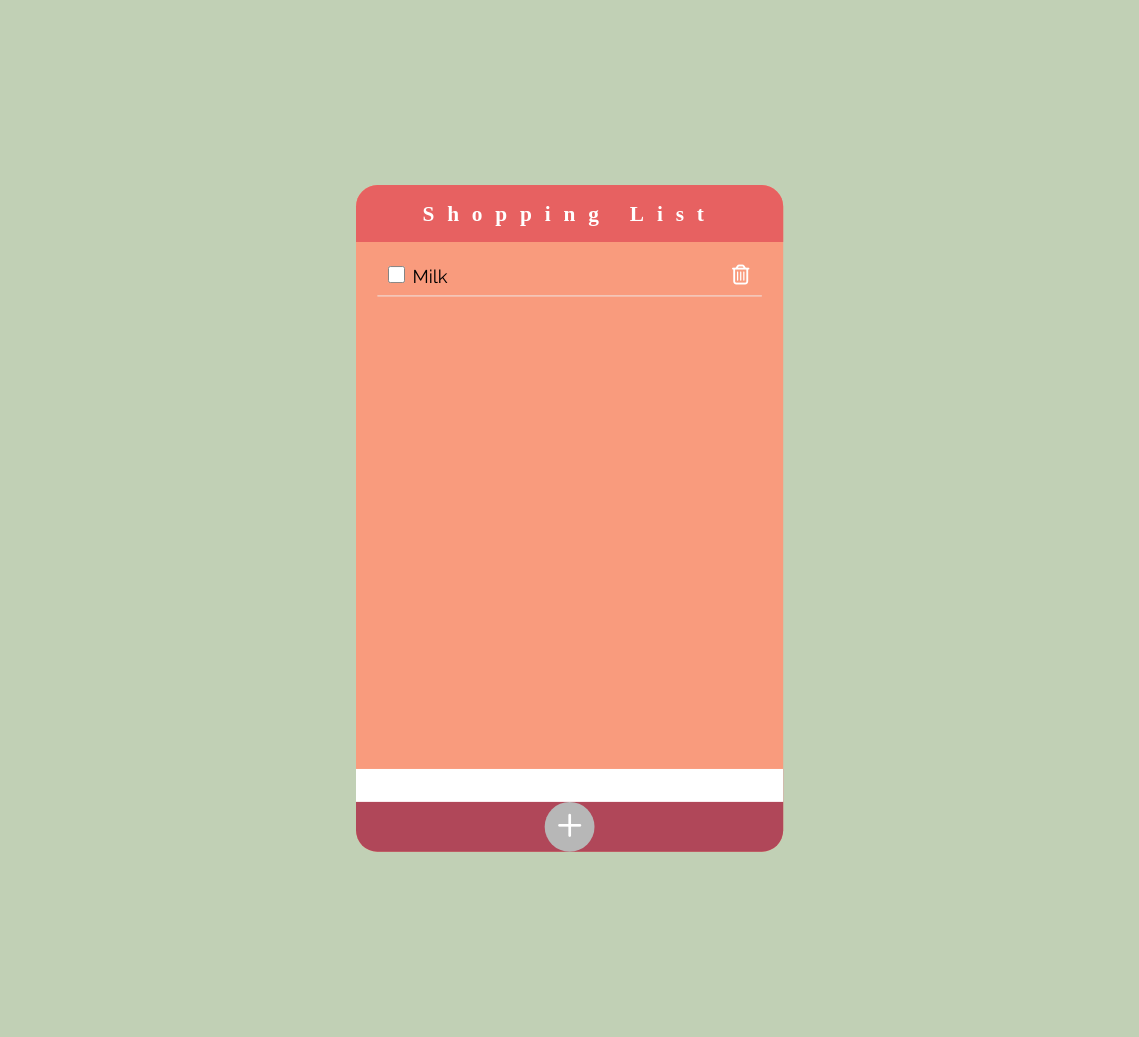
Repository: sephinejo/shopping-list-app
Page: index.html
An editor plug-in stored every save of this project. The page is shown before and after the next save, followed by the edit.
The browser window is 1280 px wide. The pictures show the whole page, at 89% of full size.
Some web fonts or font styles are not loaded; a fallback is used. Some web libraries are served in a nearby version.

Above is the page before, as saved 2023-05-12 16:19:12.

### index.html
<!DOCTYPE html>
<html lang="en">
  <head>
    <meta charset="UTF-8" />
    <meta http-equiv="X-UA-Compatible" content="IE=edge" />
    <meta name="viewport" content="width=device-width, initial-scale=1.0" />
    <title>Shopping List 🛍️🛒</title>
    <link rel="preconnect" href="https://fonts.googleapis.com" />
    <link rel="preconnect" href="https://fonts.gstatic.com" crossorigin />
    <link
      href="https://fonts.googleapis.com/css2?family=Alice&family=Raleway:wght@400;600;700;800&family=Ubuntu&display=swap"
      rel="stylesheet"
    />
    <script
      src="https://kit.fontawesome.com/9ac80604cb.js"
      crossorigin="anonymous"
    ></script>
    <script src="main.js" defer></script>
    <link rel="stylesheet" href="style.css" />
  </head>
  <body>
    <section class="container">
      <header class="header">Shopping List</header>
      <ul class="items">
        <li class="item__row">
          <div class="item">
            <input
              class="item__checkbox"
              name="item__checkbox"
              type="checkbox"
            />
            <label for="item__checkbox">Milk</label>
          </div>
          <button class="item__delete">
            <i class="fa-regular fa-trash-can"></i>
          </button>
        </li>
        <div class="item__divider"></div>
      </ul>
      <footer>
        <input class="footer__input" type="text" />
        <button class="footer__add">
          <i class="fa-regular fa-plus"></i>
        </button>
      </footer>
    </section>
  </body>
</html>

### style.css
* {
  box-sizing: border-box;
}

body {
  text-align: center;
  background-color: #c1d0b5;
}

.container {
  margin: 13rem auto;
  width: 30rem;
  background-color: #f99b7d;
  border-radius: 1.5rem;
}

button {
  outline: none;
  background: transparent;
  border: none;
  cursor: pointer;
}

/* Header */
.header {
  height: 4rem;
  padding: 1.2rem;
  font-family: 'Alice';
  font-size: 1.5rem;
  font-weight: 700;
  color: white;
  letter-spacing: 0.9rem;
  background: #e76161;
  border-radius: 1.5rem 1.5rem 0 0;
}

/* Items */
.items {
  height: 35rem;
  overflow-y: auto;
  padding: 0;
}

.item__row {
  display: flex;
  justify-content: space-between;
  padding: 0.5rem 2rem;
  font-size: 1.3rem;
  font-family: 'Raleway';
  font-weight: 500;
}

.item__checkbox {
  width: 1.2rem;
  height: 1.2rem;
}

.item__divider {
  width: 90%;
  height: 1px;
  background-color: #eeeeee;
  margin: auto;
}

.item__delete {
  transition: all 300ms ease-in;
  font-size: 1.4rem;
  color: #fff;
}

.item__delete:hover {
  color: red;
  transform: scale(1.1);
}

/* Footer */
footer {
  background: #b04759;
  display: flex;
  flex-direction: column;
  border-radius: 0 0 1.5rem 1.5rem;
}

.footer__input {
  height: 2.3rem;
  border: none;
  outline: none;
  font-family: 'Ubuntu';
  font-size: 1.3rem;
  padding: 0 0.5rem;
}

.footer__add {
  height: 3.5rem;
  width: 3.5rem;
  background-color: #b7b7b7;
  border-radius: 10rem;
  font-size: 2rem;
  margin: auto;
  color: #fff;
}

Loaded but not shown: main.js (no copy from this time; the picture is the same without it)

After the next save:
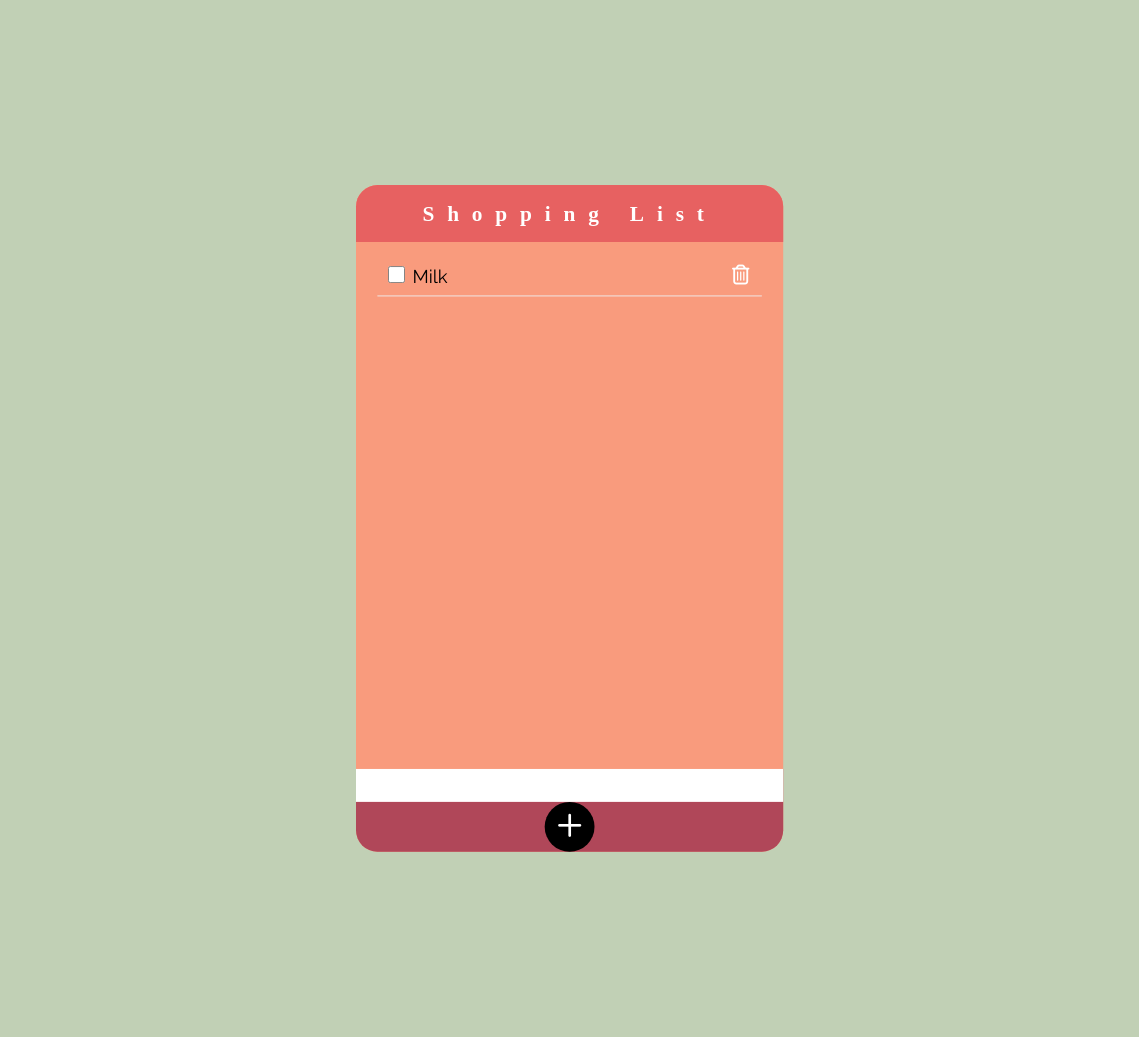
Saved 20 s later.
--- a/style.css
+++ b/style.css
@@ -93,7 +93,7 @@ footer {
 .footer__add {
   height: 3.5rem;
   width: 3.5rem;
-  background-color: #b7b7b7;
+  background-color: #000;
   border-radius: 10rem;
   font-size: 2rem;
   margin: auto;
